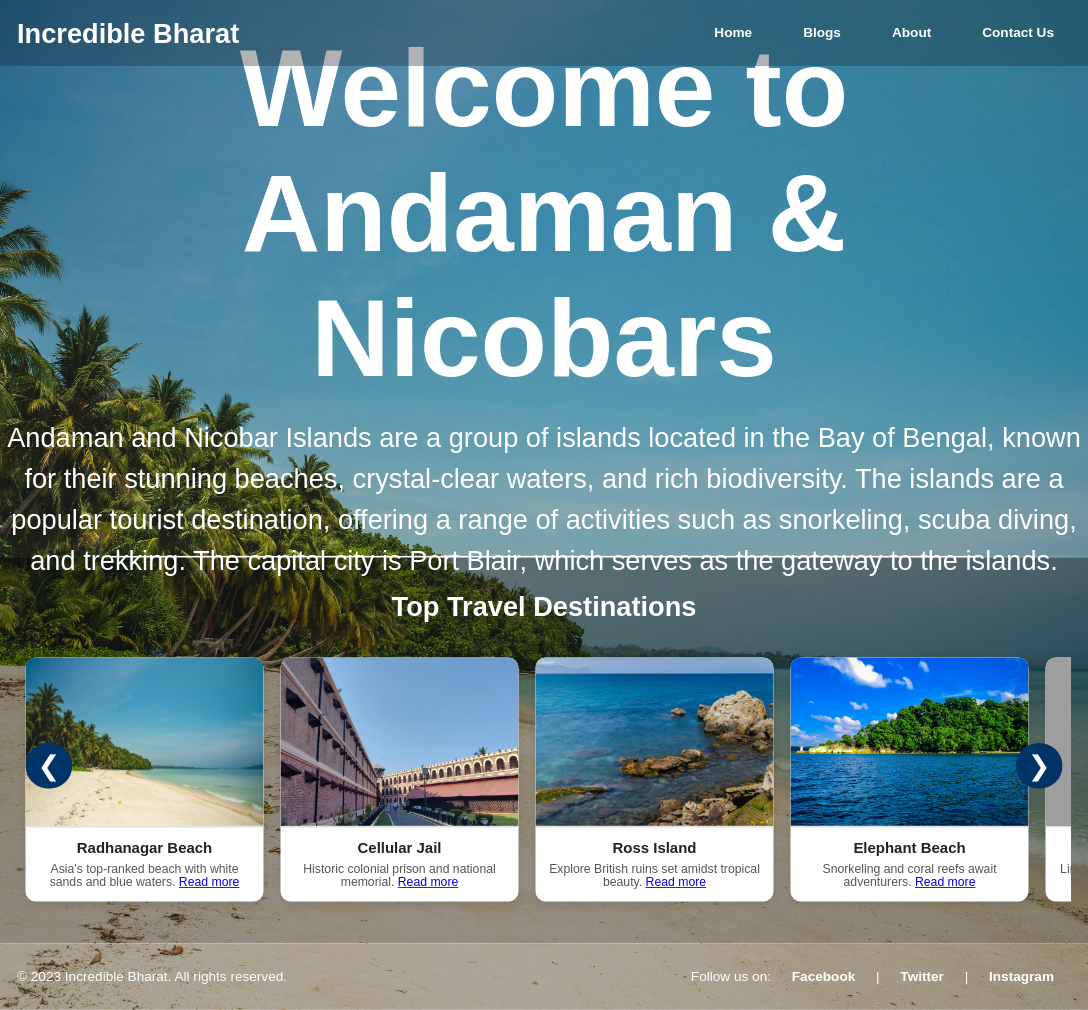
Repository: jaidhiman111/incrediblebharat
Page: destinations/Andaman-Nicobar/Andaman&Nicobar.html
The author's editor kept a copy of each file at every save. The page is drawn from the files as they stood at one save, then again after the next save.
The browser window is 1280 px wide. The pictures show the whole page, at 85% of full size.
Pictures or frames that could not be fetched are drawn as grey boxes.

Above is the page before, as saved 2025-05-02 22:02:21.

After the next save:
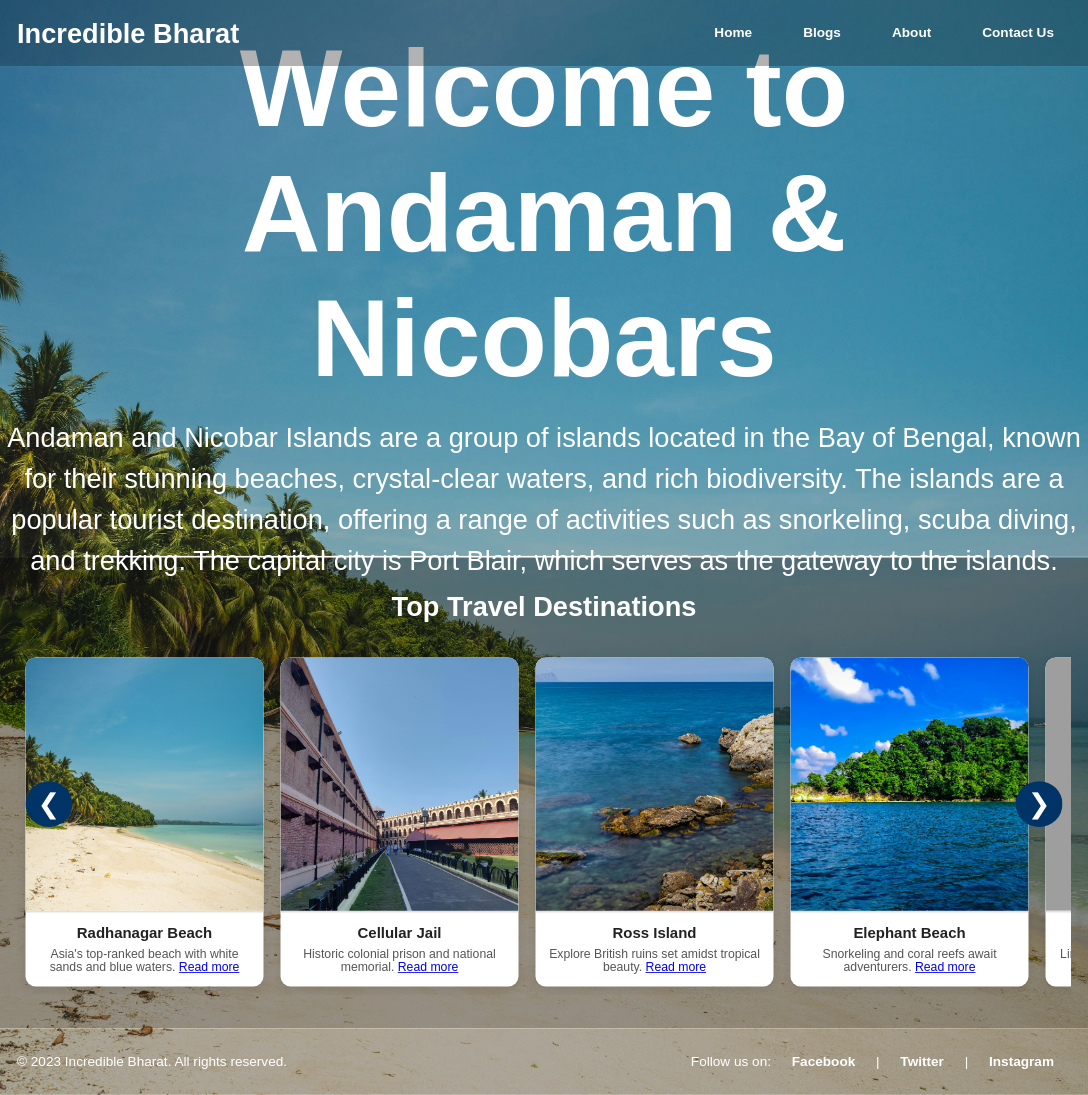
Saved 13 s later.
--- a/assets/style.css
+++ b/assets/style.css
@@ -258,7 +258,7 @@ hr {
   /* Image in Card */
   .card-image img {
     width: 100%;
-    height: 200px;
+    height: 300px;
     object-fit: cover;
     border-bottom: 2px solid #e0e0e0;
   }
